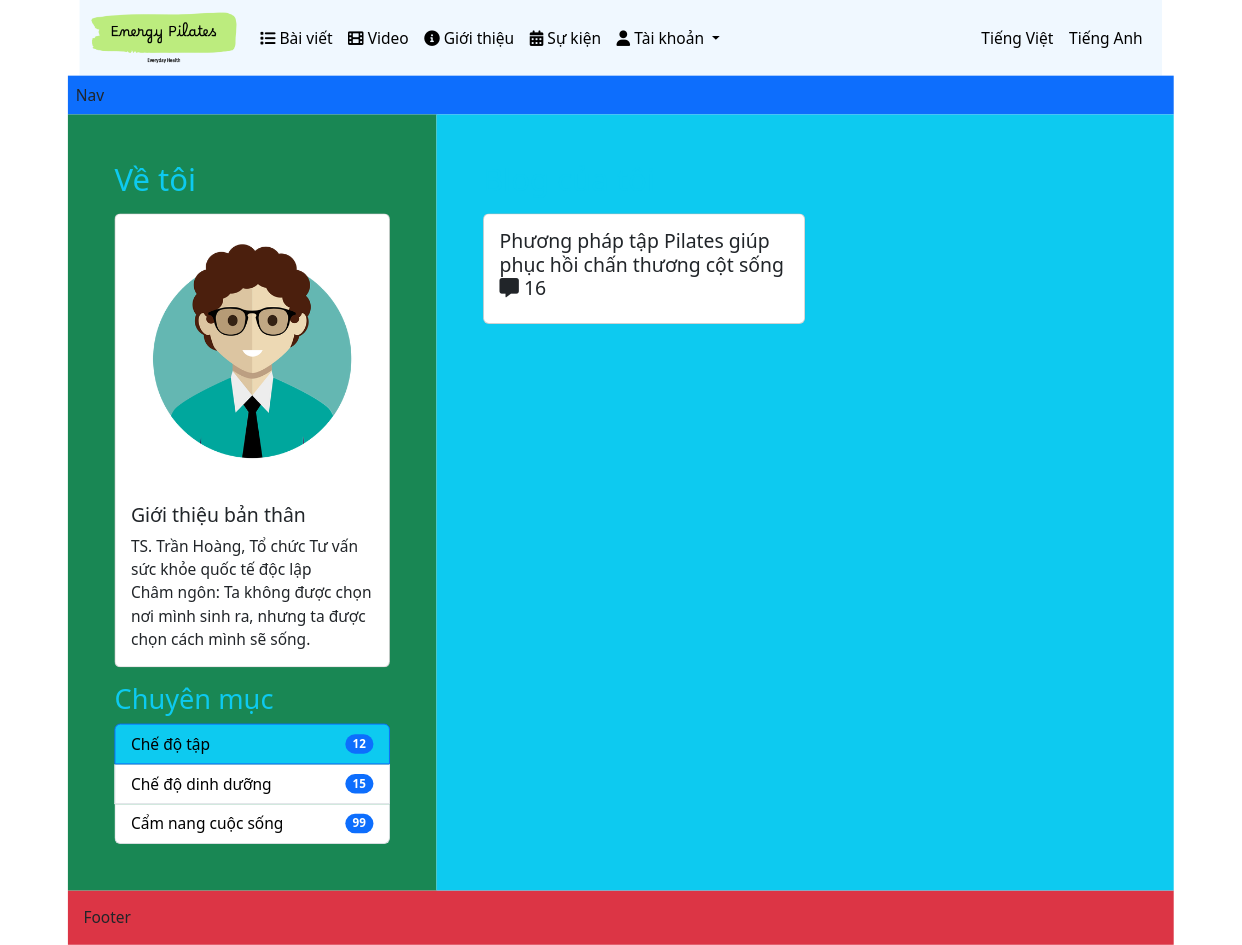
Repository: KizukoHeiwa/SOF308
Page: Lab1/index.html
An editor plug-in stored every save of this project. The page is shown before and after the next save, followed by the edit.
The browser window is 1280 px wide. The pictures show the whole page, at 97% of full size.

Above is the page before, as saved 2024-10-31 10:16:39.

After the next save:
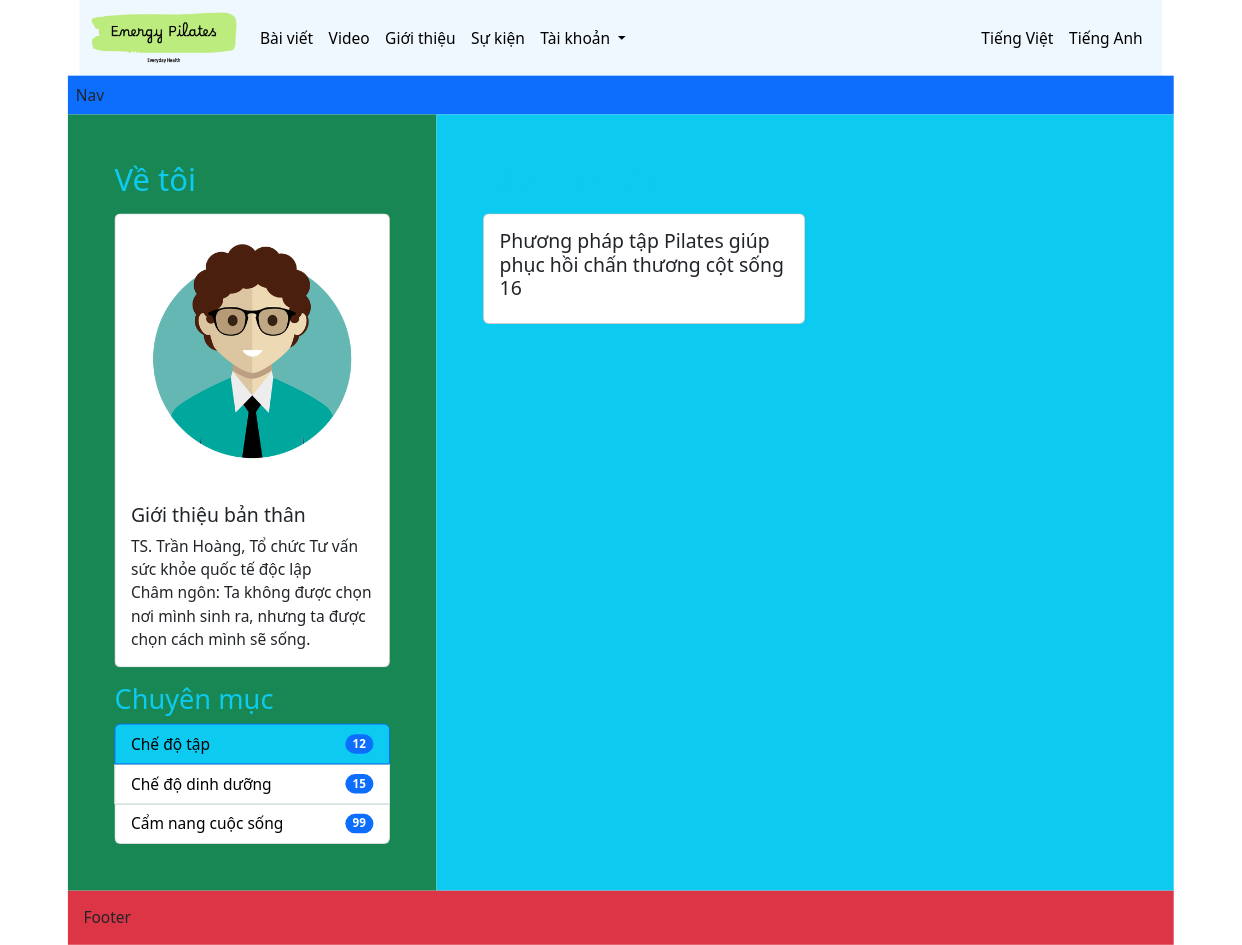
Not found: Lab1/path/to/font-awesome/css/font-awesome.min.css
Saved 119 s later.
--- a/Lab1/index.html
+++ b/Lab1/index.html
@@ -5,7 +5,7 @@
     <meta name="viewport" content="width=device-width, initial-scale=1.0">
     <title>FPT Polytechnic</title>
     <link href="https://cdn.jsdelivr.net/npm/bootstrap@5.3.3/dist/css/bootstrap.min.css" rel="stylesheet" integrity="sha384-QWTKZyjpPEjISv5WaRU9OFeRpok6YctnYmDr5pNlyT2bRjXh0JMhjY6hW+ALEwIH" crossorigin="anonymous">
-    <link rel="stylesheet" href="https://cdnjs.cloudflare.com/ajax/libs/fontawesome/6.0.0-beta3/css/all.min.css">
+    <link rel="stylesheet" href="path/to/font-awesome/css/font-awesome.min.css">
     <script src="https://cdn.jsdelivr.net/npm/bootstrap@5.3.3/dist/js/bootstrap.bundle.min.js" integrity="sha384-YvpcrYf0tY3lHB60NNkmXc5s9fDVZLESaAA55NDzOxhy9GkcIdslK1eN7N6jIeHz" crossorigin="anonymous"></script>
     <style>
         header{
